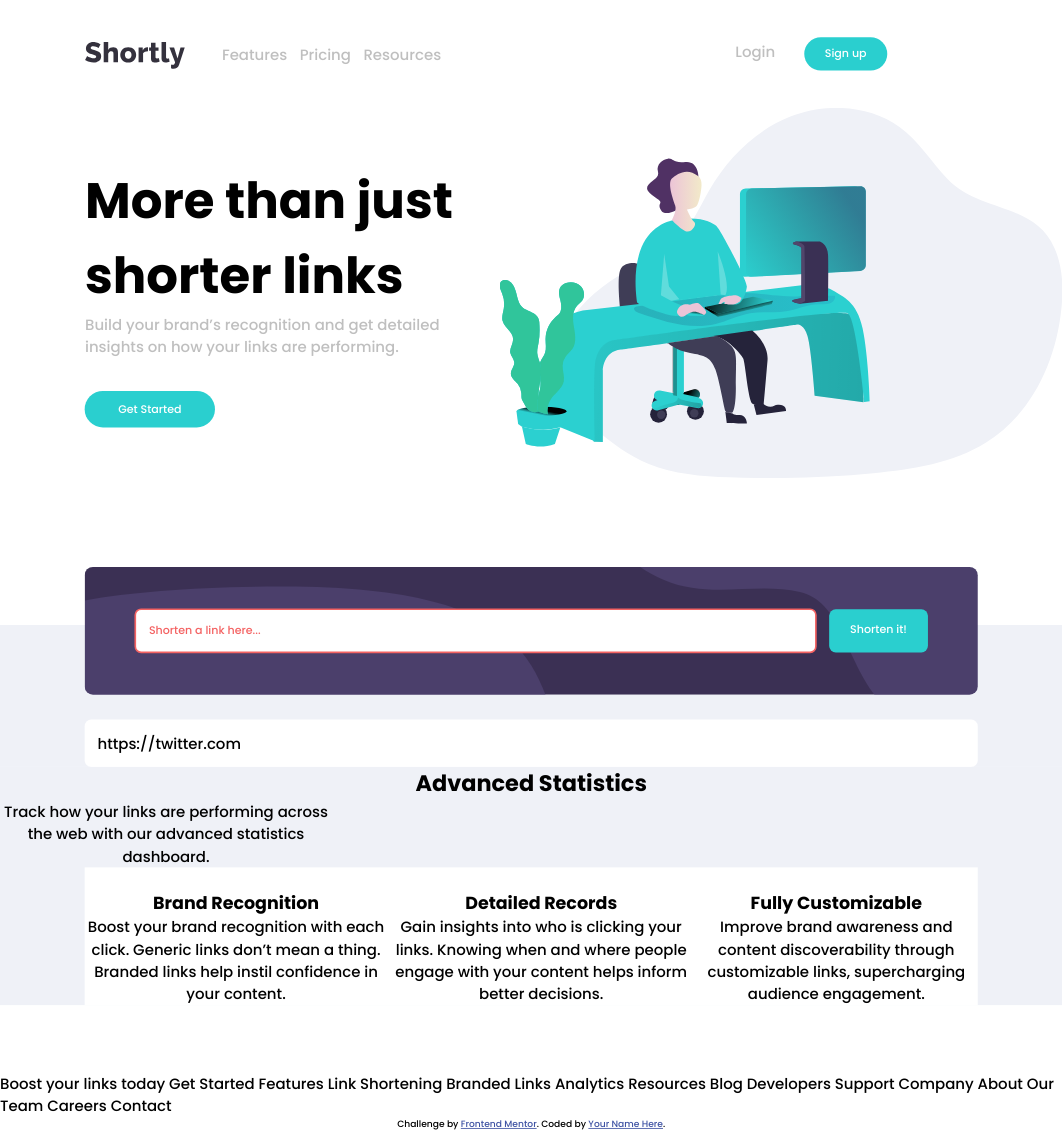
Repository: mamulini/URL-shortener
Page: index.html
The author's editor kept a copy of each file at every save. The page is drawn from the files as they stood at one save, then again after the next save.
The browser window is 1280 px wide. The pictures show the whole page, at 83% of full size.
The style sheet was rebuilt from its Sass, Less or Tailwind sources for each picture, by a compiler version that may differ from the author's.

Above is the page before, as saved 2020-04-11 22:52:51.

### index.html
<!DOCTYPE html>
<html lang="en">
<head>
  <meta charset="UTF-8">
  <meta name="viewport" content="width=device-width, initial-scale=1.0"> <!-- displays site properly based on user's device -->

  <link rel="icon" type="image/png" sizes="32x32" href="./images/favicon-32x32.png">
  <link rel="stylesheet" href="./sass/main.css">

  <title>Frontend Mentor | Shortly URL shortening API Challenge</title>

  <!-- Feel free to remove these styles or customise in your own stylesheet 👍 -->

</head>
<body>
  <header class="header container">
    <a href="/" class="header__logo"><img src="./images/logo.svg" alt="logo">
    </a>
    <nav class="nav">
      <ul class="nav__menu">
        <li class="nav__item"><a class="nav__link" href="#">Features</a></li>
        <li class="nav__item"><a class="nav__link" href="#">Pricing</a></li>
        <li class="nav__item"><a class="nav__link" href="#">Resources</a></li>
      </ul>
    </nav>
    <div class="user">
      <a class="user__login" href="#" >Login</a>
      <button class="user__sign-up btn--blue" type="button">Sign up</button>
    </div>

  </header>
  <main class="main">
    <div class="intro">
      <div class="intro__description">
        <h1 class="intro__title">More than just shorter links</h1>
        <p class="intro__subtitle">Build your brand’s recognition and get detailed <br> insights
          on how your links are performing.</p>
        <button class="intro__btn btn--blue">Get Started</button>

      </div>
      <div class="intro__img">
        <img src="./images/illustration-working.svg" alt="image">
      </div>
    </div>
    <div class="shorten ">
      <div class="shorten__handler container">
        <form class="shorten__form">
          <input class="shorten__input" type="text" value="" placeholder="Shorten a link here...">
          <button class="shorten__btn btn--blue" type="button">Shorten it!</button>
        </form>
      </div>
      <div class="shorten__link container">
        https://twitter.com
      </div>
    </div>
    <div class="statistics ">
      <h2 class="statistics__title">Advanced Statistics</h2>
      <p class="statistics__subtitle">Track how your links are performing across the web with our
        advanced statistics dashboard.</p>
      <div class="blocks_wrapper container">
        <div class="blocks ">
          <img src="" alt="" class="blocks__icon">
          <h3 class="blocks__title">Brand Recognition</h3>
          <p class="blocks__subtitle">Boost your brand recognition with each click. Generic links don’t
            mean a thing. Branded links help instil confidence in your content.</p>
        </div>
        <div class="blocks">
          <img src="" alt="" class="blocks__icon">
          <h3 class="blocks__title">Detailed Records</h3>
          <p class="blocks__subtitle">Gain insights into who is clicking your links. Knowing when and where
            people engage with your content helps inform better decisions.</p>
        </div>
        <div class="blocks">
          <img src="" alt="" class="blocks__icon">
          <h3 class="blocks__title">Fully Customizable</h3>
          <p class="blocks__subtitle">Improve brand awareness and content discoverability through customizable
            links, supercharging audience engagement.</p>
        </div>
      </div>
    </div>
  </main>

  <br>
  <br>
  <br>
  Boost your links today

  Get Started

  Features

  Link Shortening
  Branded Links
  Analytics

  Resources

  Blog
  Developers
  Support

  Company

  About
  Our Team
  Careers
  Contact

  <div class="attribution">
    Challenge by <a href="https://www.frontendmentor.io?ref=challenge" target="_blank">Frontend Mentor</a>.
    Coded by <a href="#">Your Name Here</a>.
  </div>
</body>
</html>

### sass/main.scss
@import url('https://fonts.googleapis.com/css2?family=Poppins:wght@500;700&display=swap');

// colors
$text_gray: hsl(0, 0%, 75%);
$cyan_btn:  hsl(180, 66%, 49%);
$dark_violet : hsl(257, 27%, 26%);
$red : hsl(0, 87%, 67%);
$light_bg: #eff1f7;

* {
    padding: 0;
    margin: 0;
    box-sizing: border-box;
}

body{
    font-size: 18px;
    font-family: 'poppins', sans-serif;
    font-weight: 500;

}

img {
    max-width: 100%;
}

.container {
    max-width: 84%;
    margin: 0 auto;
}

.header {
    margin-top: 40px;
    margin-bottom: 40px;
    display: flex;
    justify-content: flex-start;
    align-items: center;
    &__logo{
        flex: 0 0 25%;
        max-width: 150px;
        margin-top: 10px;
    }
}

.nav{
    flex: 0 0 25%;
    &__menu{
        display: flex;
        justify-content: space-between;
        list-style: none;

    }

    &__item{
        margin-left: 15px;
    }

    &__link{
        text-decoration: none;
        color: $text_gray;
        &:hover{
            color: #000000;
        }
    }
}

.user{
    flex: 0 0 50%;
    text-align: right;

    &__login{
        color: $text_gray;
        margin-right: 30px;
        text-decoration: none;
        &:hover{
            color: #000000;
        }
    }
}

.btn--blue{
    padding: 10px 25px;
    border: none;
    cursor: pointer;
    display: inline-block;
    border-radius: 50px;
    background: $cyan_btn;
    outline: none;
    color: #ffffff;
    font-family: 'poppins', sans-serif;
    font-weight: 500;

    &:hover{
        opacity: .5;
    }

    &:active{
        transform: scale(0.90);
    }
}

.intro{
    display: flex;
    justify-content: space-between;

    &__description{
        display: flex;
        flex-direction: column;
        justify-content: center;
        align-items: flex-start;
        max-width: 500px;
        margin-left: 8%;
    }

    &__title {
        font-size: 60px;
    }

    &__subtitle {
        text-align-last: left;
        color: $text_gray;
    }

    &__btn{
        margin-top: 40px;
        padding: 12px 40px;
    }
}

.shorten{
    background: $light_bg;
    margin-top: 170px;

    &__handler{
        background-image: url('../images/bg-shorten-desktop.svg');
        background-position: center;
        background-size: cover;
        background-color: $dark_violet;
        border-radius: 10px;
        position: relative;
        top: -70px;
        margin-bottom: -60px;
    }

    &__form{
        display: flex;
        justify-content: space-between;
        align-items: center;
        padding: 50px 60px;
    }

    &__input{
        flex: 1;
        padding: 15px;
        border-radius: 8px;
        margin-right: 15px;
        font-family:'poppins', sans-serif;
        border: 2px solid $red;
        outline: none;
         &::placeholder{
            color: $red;
         }
    }

    &__btn{
        border-radius: 8px;
        padding-top: 15px;
        padding-bottom: 17px;
    }

    &__link{
        background: #ffffff;
        padding: 15px;
        margin-top: 20px;
        border-radius: 8px;
    }
}

.statistics{
    background: $light_bg;
    text-align: center;

    &__title {

    }
    &__subtitle{
        max-width: 400px;
    }
}

.blocks_wrapper {
    display: flex;
    justify-content: space-between;
    background: #ffffff;
}

.attribution { font-size: 11px; text-align: center; }
.attribution a { color: hsl(228, 45%, 44%); }

After the next save:
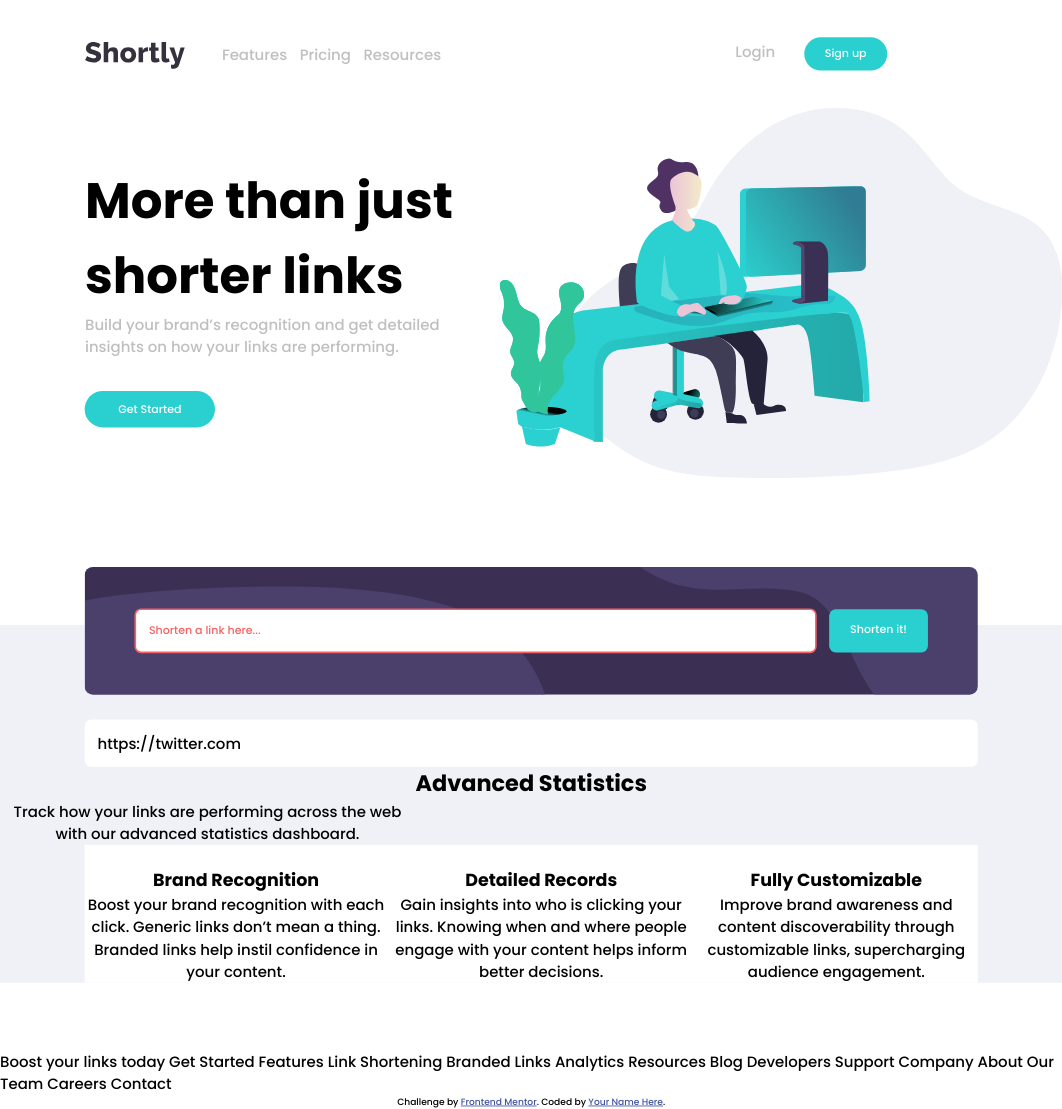
Saved 12 s later.
--- a/sass/main.scss
+++ b/sass/main.scss
@@ -184,7 +184,7 @@ img {
 
     }
     &__subtitle{
-        max-width: 400px;
+        max-width: 500px;
     }
 }
 
